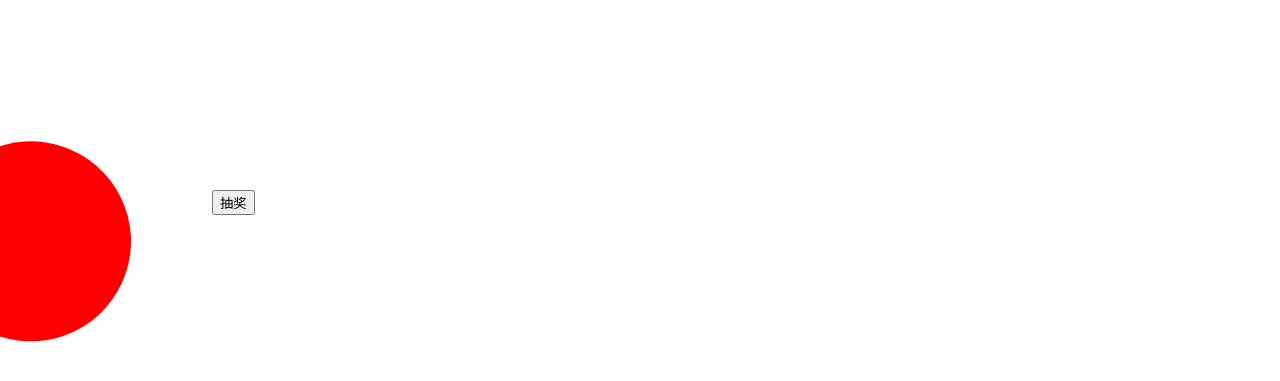
Repository: Gsangu/wd-lottery
Page: examples/luck-wheel.html
The author's editor kept a copy of each file at every save. The page is drawn from the files as they stood at one save, then again after the next save.
The browser window is 1280 px wide. The pictures show the whole page.

Above is the page before, as saved 2021-01-04 19:32:37.

### examples/luck-wheel.html
<!DOCTYPE html>
<html lang="en">
<head>
  <meta charset="UTF-8">
  <meta name="viewport" content="width=device-width, initial-scale=1.0">
  <meta http-equiv="X-UA-Compatible" content="ie=edge">
  <title>vue-log</title>
  <script src="https://unpkg.com/vue@2.6.11/dist/vue.min.js"></script>
  <!-- <script src="https://cdn.jsdelivr.net/npm/wd-lottery/dist/wd-lottery.js"></script> -->
  <script src="../dist/wd-lottery.js"></script>
  <style>
    .bg {
      width: 200px;
      height: 200px;
      background-color: red;
      border-radius: 50%;
    }
  </style>
</head>
<body>
  <div id="app">
    <div class="container">
      <lucky-wheel
        ref="luckyWheel"
        class="big-wheel"
        width="200px"
        :showBg="false"
        :prizeList="prizeList"
        @over="handleOver"
      >
      <template v-slot:bg>
        <!-- 转盘背景 -->
        <div class="bg"></div>
        <!-- <img src="" class="bg" alt=""> -->
      </template>
        <template v-slot:item="{ item }">
          <!-- 转盘内容 -->
            <div class="prize-name">{{item.name}}</div>
          <!-- <div class="info">
            <img class="prize-img" :src="item.image" />
            <div class="prize-name">{{item.name}}</div>
          </div> -->
        </template>
      </lucky-wheel>
      <button class="lottery-btn" @click="handleLottery">抽奖</button>
    </div>
  </div>
  <script>
    Vue.use(LuckyWheel)
    var app = new Vue({
      el: '#app',
      data() {
        return {
          prizeList: [{
            name: 'test'
          }, {
            name: 'test1'
          }]
        }
      },
      methods: {
        handleLottery () {
          console.log('start')
          this.$refs.luckyWheel.rotate(1)
        },
        handleOver () {

        }
      },
      created() {
        console.log(this.prizeList)
      }
    })
  </script>
</body>
</html>

Loaded but not shown: dist/wd-lottery.js (library)

After the next save:
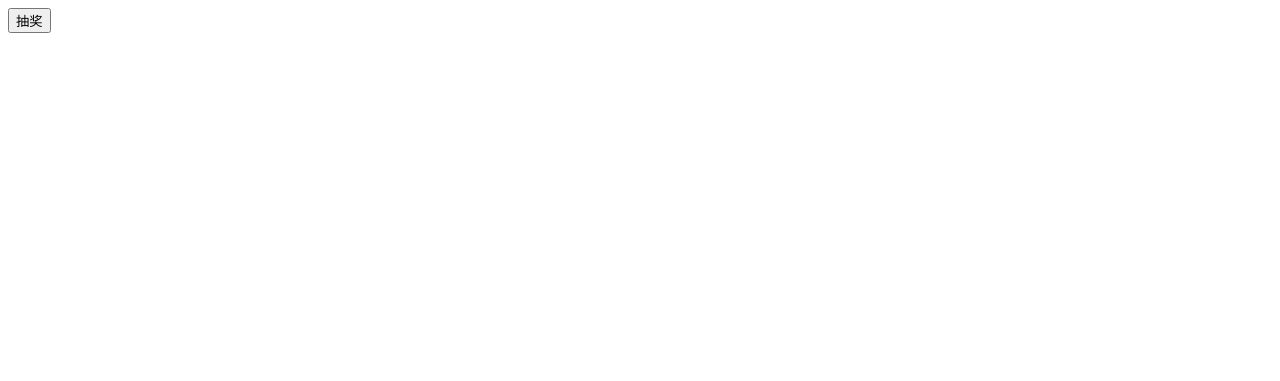
Console error: SyntaxError: Unexpected token '}'
Saved 36 s later.
--- a/examples/luck-wheel.html
+++ b/examples/luck-wheel.html
@@ -25,7 +25,7 @@
         class="big-wheel"
         width="200px"
         :showBg="false"
-        :prizeList="prizeList"
+        :prizeList="[{name: 'test'}, {name: 'test1'}]"
         @over="handleOver"
       >
       <template v-slot:bg>
@@ -51,11 +51,7 @@
       el: '#app',
       data() {
         return {
-          prizeList: [{
-            name: 'test'
-          }, {
-            name: 'test1'
-          }]
+          prizeList:
         }
       },
       methods: {

After the 2 saves that followed:
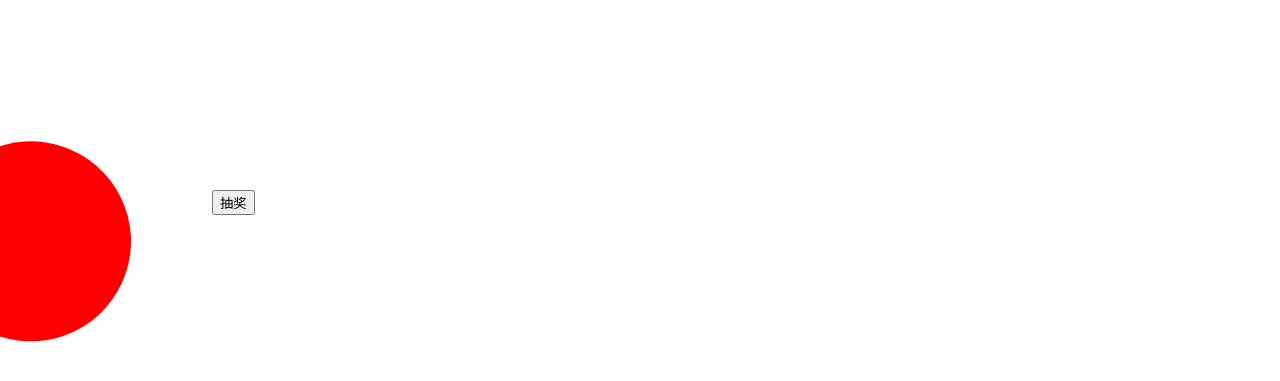
The error is gone.
The 2 saves are shown as one change because they came seconds apart.
The last was saved 6 s later.
--- a/examples/luck-wheel.html
+++ b/examples/luck-wheel.html
@@ -51,7 +51,6 @@
       el: '#app',
       data() {
         return {
-          prizeList:
         }
       },
       methods: {
@@ -64,7 +63,6 @@
         }
       },
       created() {
-        console.log(this.prizeList)
       }
     })
   </script>
